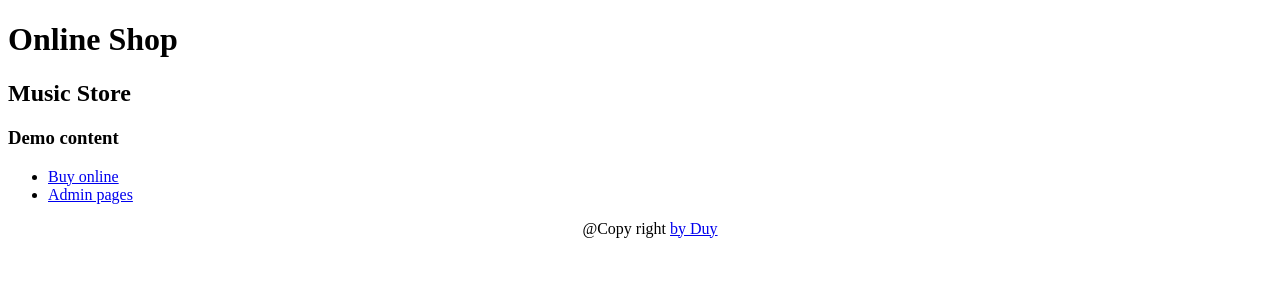
Repository: OnlyLight/Dua_Thu
Page: http://localhost/MusicStore/
These files come from the project's save history. The page is drawn as it stood at one moment and after the next save; the edit follows.
The browser window is 1280 px wide. The pictures show the whole page.
The page is served by Tomcat 9. Other server files are loaded and not shown.

Above is the page before, as saved 2018-05-13 03:14:15.

### JavaWeb/MusicStore/src/main/webapp/WEB-INF/views/index.jsp
<%@ page language="java" contentType="text/html; charset=ISO-8859-1"
	pageEncoding="ISO-8859-1"%>
<!DOCTYPE html PUBLIC "-//W3C//DTD HTML 4.01 Transitional//EN" "http://www.w3.org/TR/html4/loose.dtd">
<html>
<head>
<meta http-equiv="Content-Type" content="text/html; charset=ISO-8859-1">
<title>Insert title here</title>
</head>
<body>

	<jsp:include page="_header.jsp"></jsp:include>
	<h2>Music Store</h2>

	<div>
		<h3>Demo content</h3>

		<ul>
			<li><a href="#">Buy online</a></li>
			<li><a href="#">Admin pages</a></li>
		</ul>
	</div>

	<jsp:include page="_footer.jsp"></jsp:include>
</body>
</html>

### JavaWeb/MusicStore/src/main/webapp/WEB-INF/views/_header.jsp
<%@ page language="java" contentType="text/html; charset=UTF-8"
	pageEncoding="UTF-8"%>
<%@ taglib uri="http://java.sun.com/jsp/jstl/core" prefix="c"%>

<div>
	<h1>Online Shop</h1>
</div>

### JavaWeb/MusicStore/src/main/webapp/WEB-INF/views/_footer.jsp
<%@ page language="java" contentType="text/html; charset=UTF-8"
	pageEncoding="UTF-8"%>
<div style="text-align: center">
	     @Copy right <a href="#" target="_blank">by Duy</a>
</div>

After the next save:
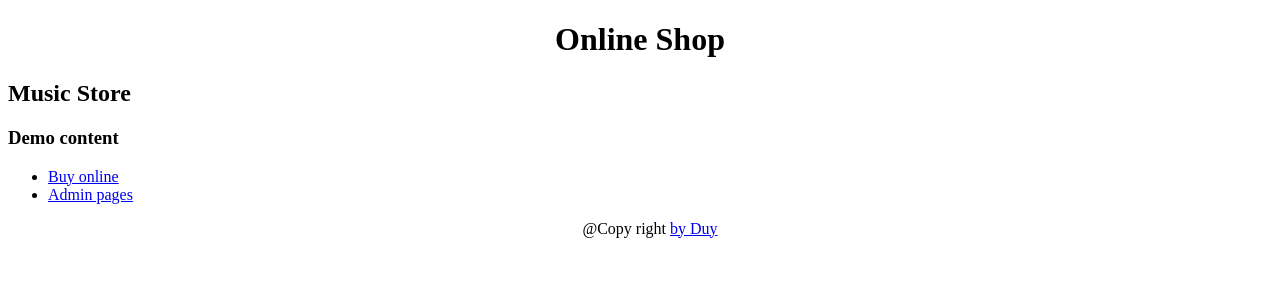
Saved 12 s later.
--- a/JavaWeb/MusicStore/src/main/webapp/WEB-INF/views/_header.jsp
+++ b/JavaWeb/MusicStore/src/main/webapp/WEB-INF/views/_header.jsp
@@ -1,7 +1,6 @@
 <%@ page language="java" contentType="text/html; charset=UTF-8"
 	pageEncoding="UTF-8"%>
-<%@ taglib uri="http://java.sun.com/jsp/jstl/core" prefix="c"%>
 
-<div>
+<div style="text-align: center">
 	<h1>Online Shop</h1>
 </div>
